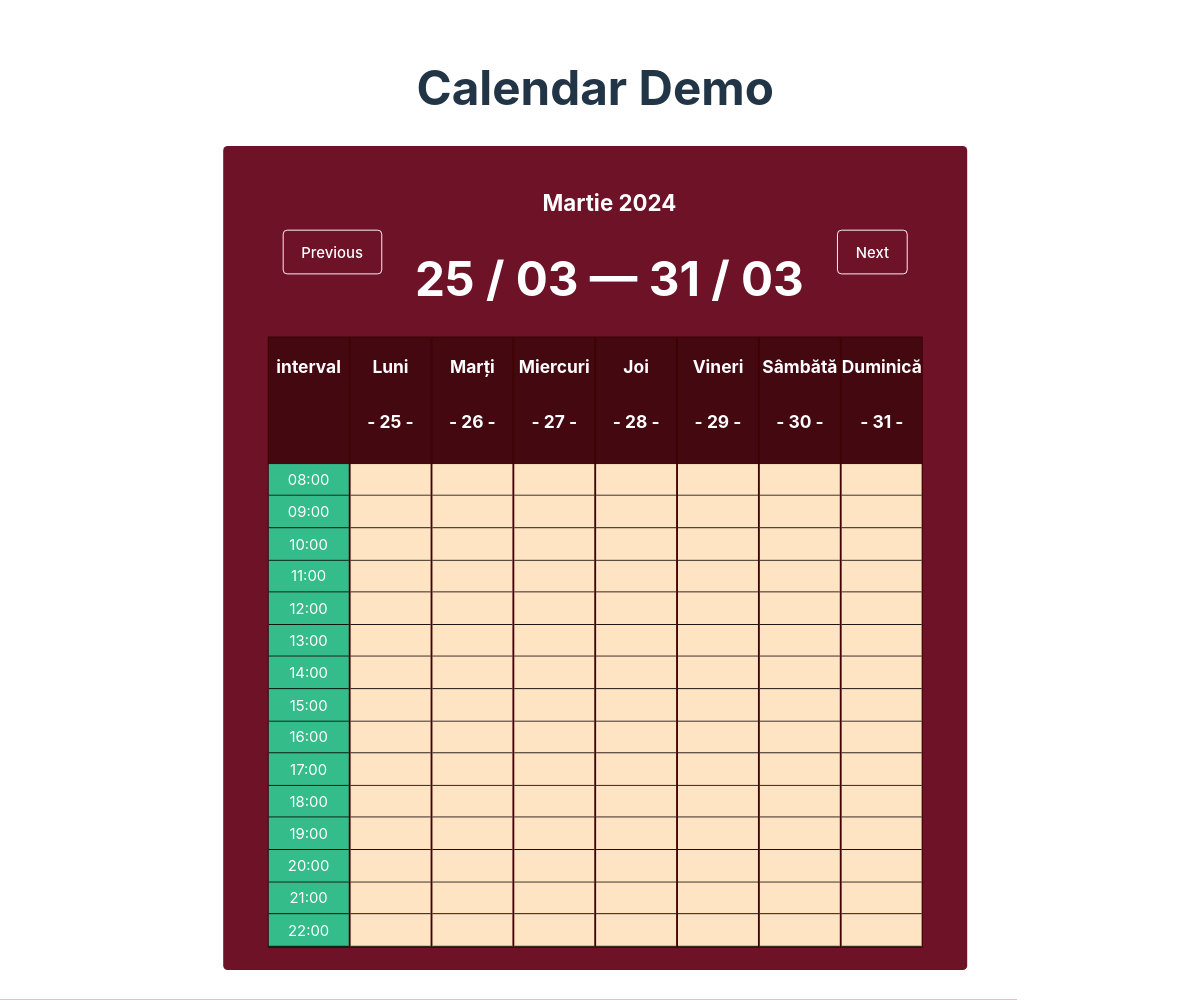
Repository: Maryie-B/weekly-calendar-scheduler
Page: /
An editor plug-in stored every save of this project. The page is shown before and after the next save, followed by the edit.
The browser window is 1280 px wide. The pictures show the whole page, at 93% of full size.
The project was rebuilt for these pictures with package versions that can differ from the ones it lists, and the page was loaded fresh each time. Also part of the build but not shown: vite.config.js.

Above is the page before, as saved 2024-03-26 18:07:36.

After the next save:
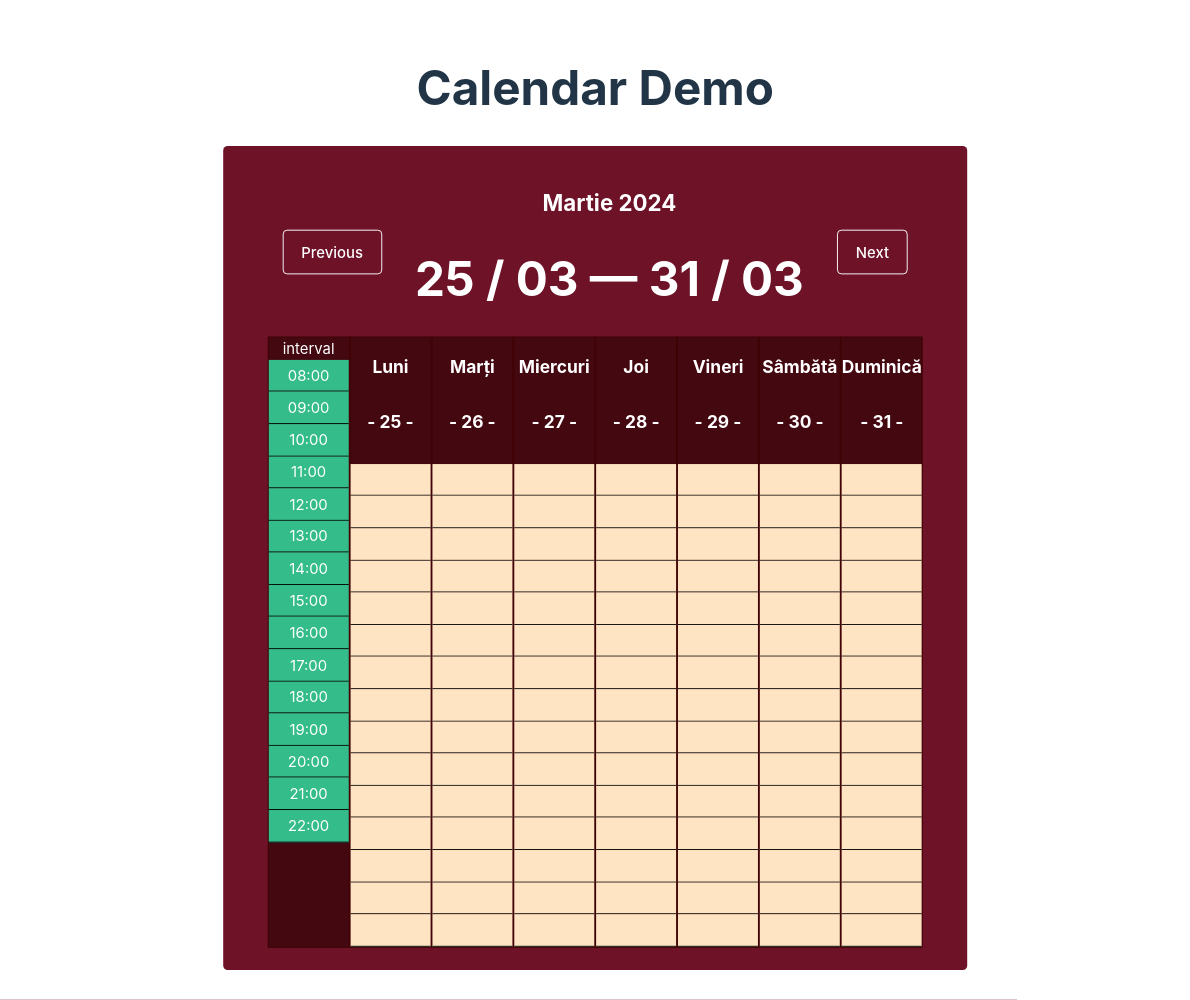
Saved 56 s later.
--- a/src/CalendarDays.jsx
+++ b/src/CalendarDays.jsx
@@ -19,8 +19,7 @@ const CalendarDays = ({currentDates}) => {
 
         index === 0 ?
         <div className="days-header" key={index}>
-           <h3>{day}</h3>
-           <h3> </h3>
+           <div>{day}</div>
            {hours.map((hour, index) => {
                return (
                    <div className="hour-intervals" key={hour}>{hour < 10 ? `0${hour}:00` : `${hour}:00`}</div>
